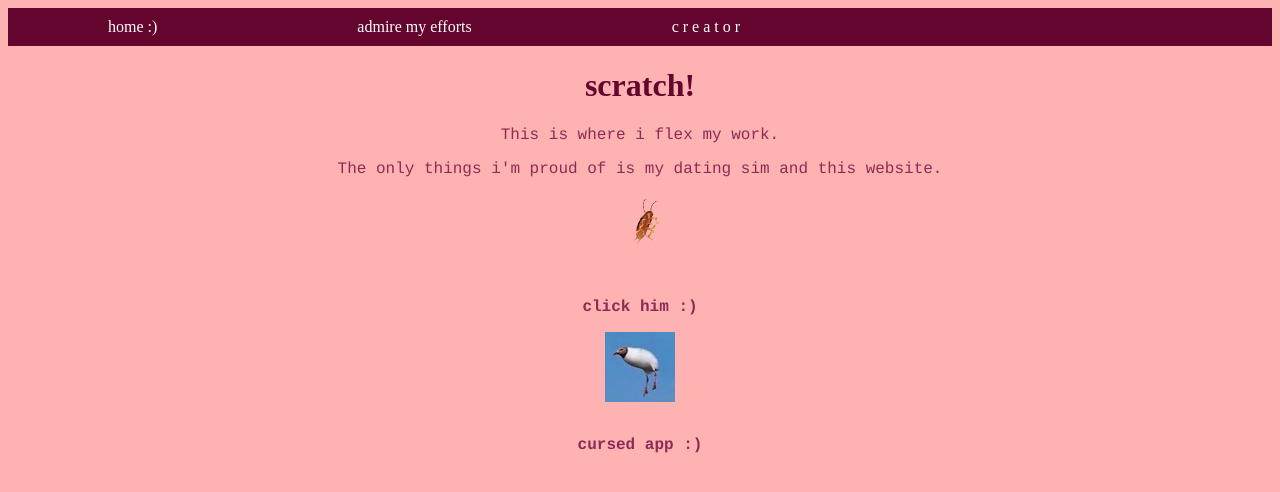
Repository: ycano1934/ycano1934.github.io
Page: my_website/portfolio.html
The author's editor kept a record of every edit. The page is drawn from the files as they stood at one moment, then again after the next edit.
The browser window is 1280 px wide. The pictures show the whole page.

Above is the page before.

### my_website/portfolio.html
<!doctype html>
	<html lang="en">


	  <head>
	    <meta charset="utf-8">
	    <meta name="viewport" content="width=device-width, initial-scale=1.0">
	    <title>*struggles in code*</title>
	  </head>


  <style>
#header {
  font-family:comic sans ms;
  color:rgb(100, 5, 45);
}

#paragraphlook {
    font-family:courier;
    color:rgb(140, 43, 83);
}




 body {background-color:rgb(255, 178, 178); }

ul {
  list-style-type: none;
  margin: 0;
  padding: 0;
  overflow: hidden;
  background-color: rgb(100, 5, 45);
}

li {
  float: left;
}

li a {
  display: inline-block;
  color: white; /* text color */
  font-family:comic sans ms;
  text-align: center;
  padding: 10px 100px;
  text-decoration: none;
  background-color: rgb(100, 5, 45);
}

li a:hover {
  background-color: rgb(155, 51, 93);
}

img {
  display: block;
  margin-left: auto;
  margin-right: auto;
}

  </style>

	 <body>

        <ul>
    <li><a href="index.html">home :)</a></li>
    <li><a href="portfolio.html">admire my efforts</a></li>
    <li><a href="about.html">c r e a t o r</a></li>
        </ul>

        <h1 id="header" style=text-align:center;>scratch!</h1>
        <p id="paragraphlook" style="text-align:center;">This is where i flex my work.</p>
        <p id="paragraphlook" style="text-align:center;">The only things i'm proud of is my dating sim and this website.</p>

        <a href="https://scratch.mit.edu/projects/324069808/" target=_blank>
            <img src="images/roach.gif" height="70" width="70" ><br>
        </a>
        <p id="paragraphlook" style="text-align:center;"><strong>click him :)</strong></p>

        <a href="https://ai2.appinventor.mit.edu/?galleryId=6232145279975424" target=_blank>
            <img src="images/bird.png" height="70" width="70" ><br>
        </a>
        <p id="paragraphlook" style="text-align:center;"><strong>cursed app :)</strong></p>

	 </body>


	</html>

After the next edit:
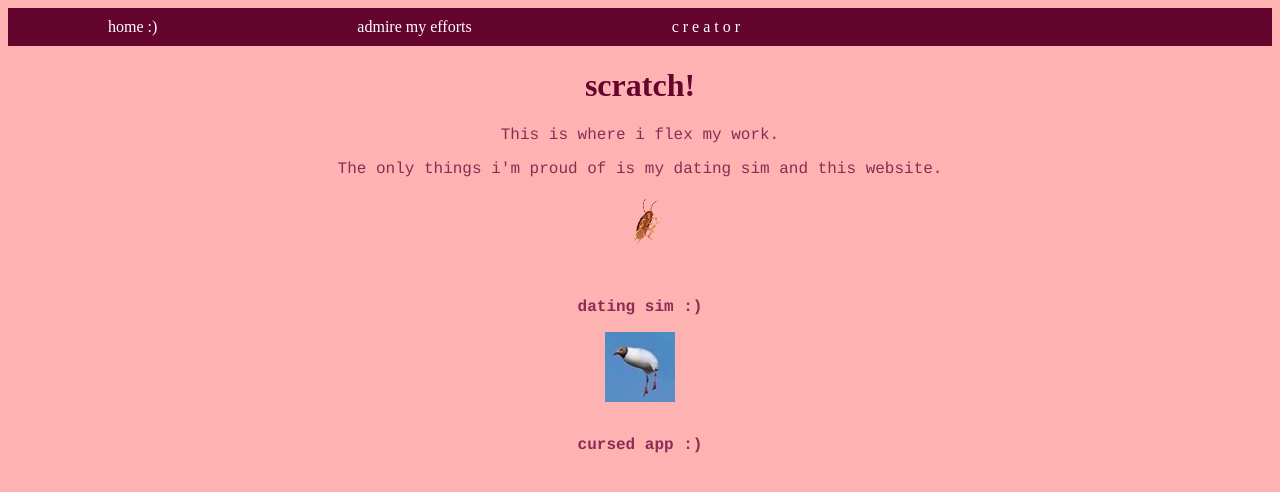
The edit:
--- a/my_website/portfolio.html
+++ b/my_website/portfolio.html
@@ -74,7 +74,7 @@
         <a href="https://scratch.mit.edu/projects/324069808/" target=_blank>
             <img src="images/roach.gif" height="70" width="70" ><br>
         </a>
-        <p id="paragraphlook" style="text-align:center;"><strong>click him :)</strong></p>
+        <p id="paragraphlook" style="text-align:center;"><strong>dating sim :)</strong></p>
 
         <a href="https://ai2.appinventor.mit.edu/?galleryId=6232145279975424" target=_blank>
             <img src="images/bird.png" height="70" width="70" ><br>
